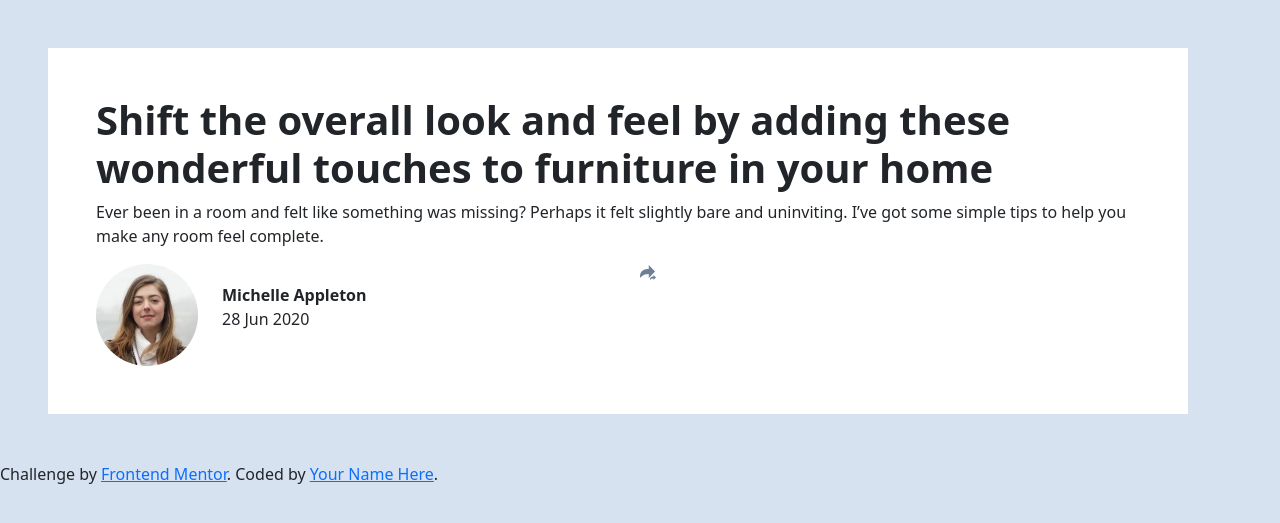
Repository: blordeus/article-preview-component
Page: index.html
These files come from the project's save history. The page is drawn as it stood at one moment and after the next save; the edit follows.
The browser window is 1280 px wide. The pictures show the whole page.

Above is the page before, as saved 2024-05-17 10:55:44.

After the next save:
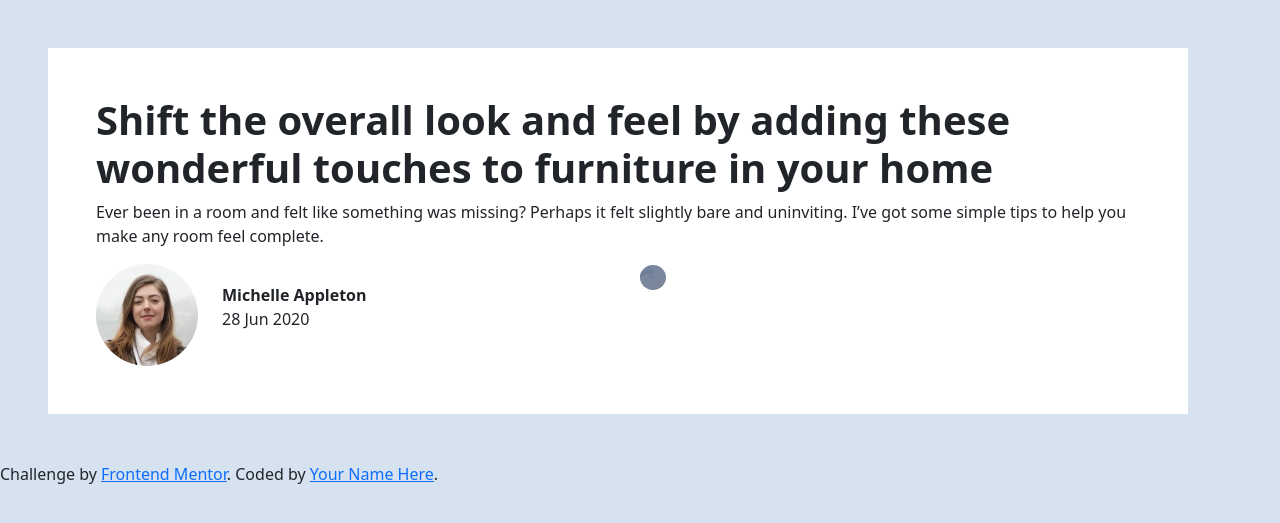
Saved 4 s later.
--- a/style.css
+++ b/style.css
@@ -26,7 +26,7 @@
     /* add grayish blue circle as background to icon */
     background-image: url(./images/icon-share.svg);
     background-repeat: no-repeat;
-    background-color: var(--grayish-blue)
+    background-color: var(--grayish-blue);
     border-radius: 50%;
     padding: 10px;
     /* center icon */
